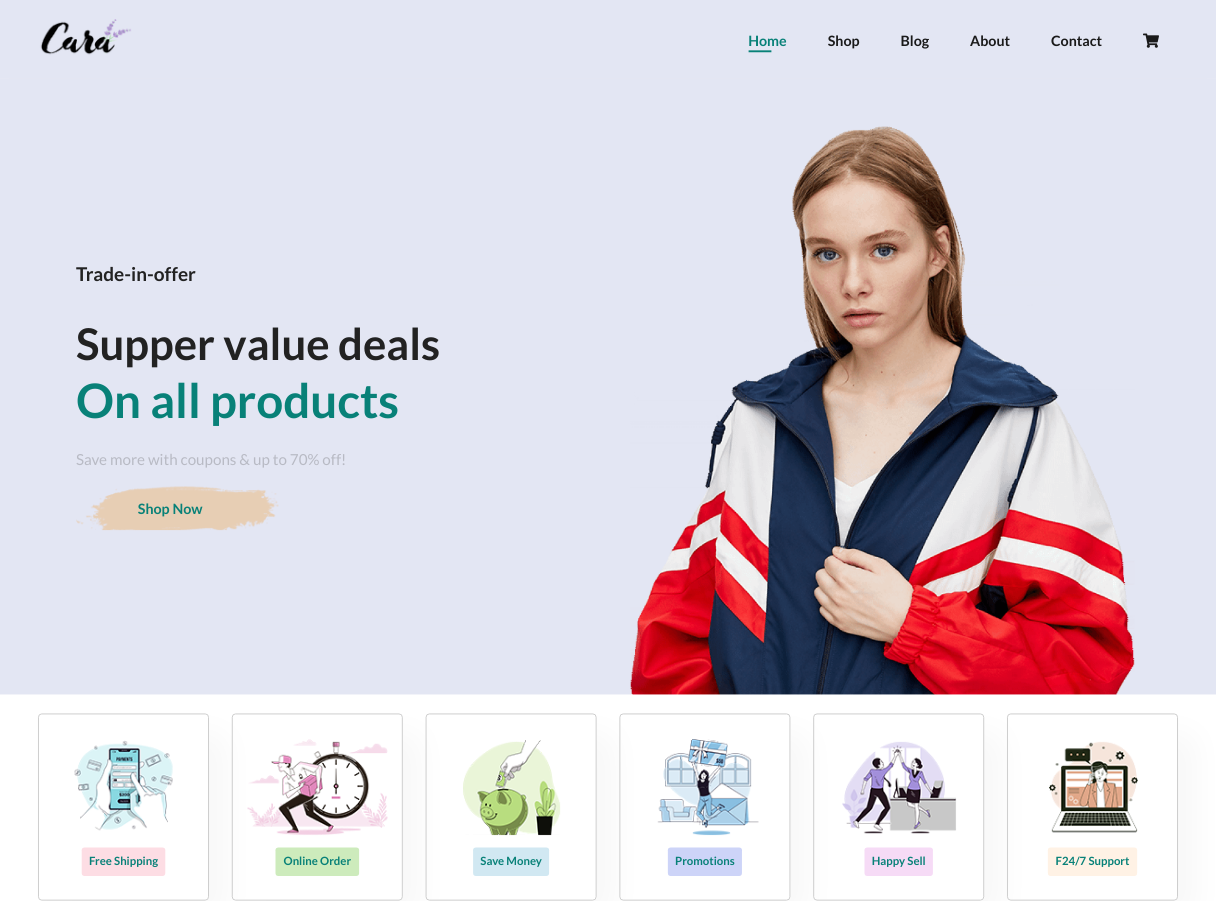
Repository: Nguyenductuan-dev/Website-Clothes
Page: index.html
An editor plug-in stored every save of this project. The page is shown before and after the next save, followed by the edit.
The browser window is 1280 px wide. The pictures show the whole page, at 95% of full size.

Above is the page before, as saved 2022-04-26 00:25:00.

After the next save:
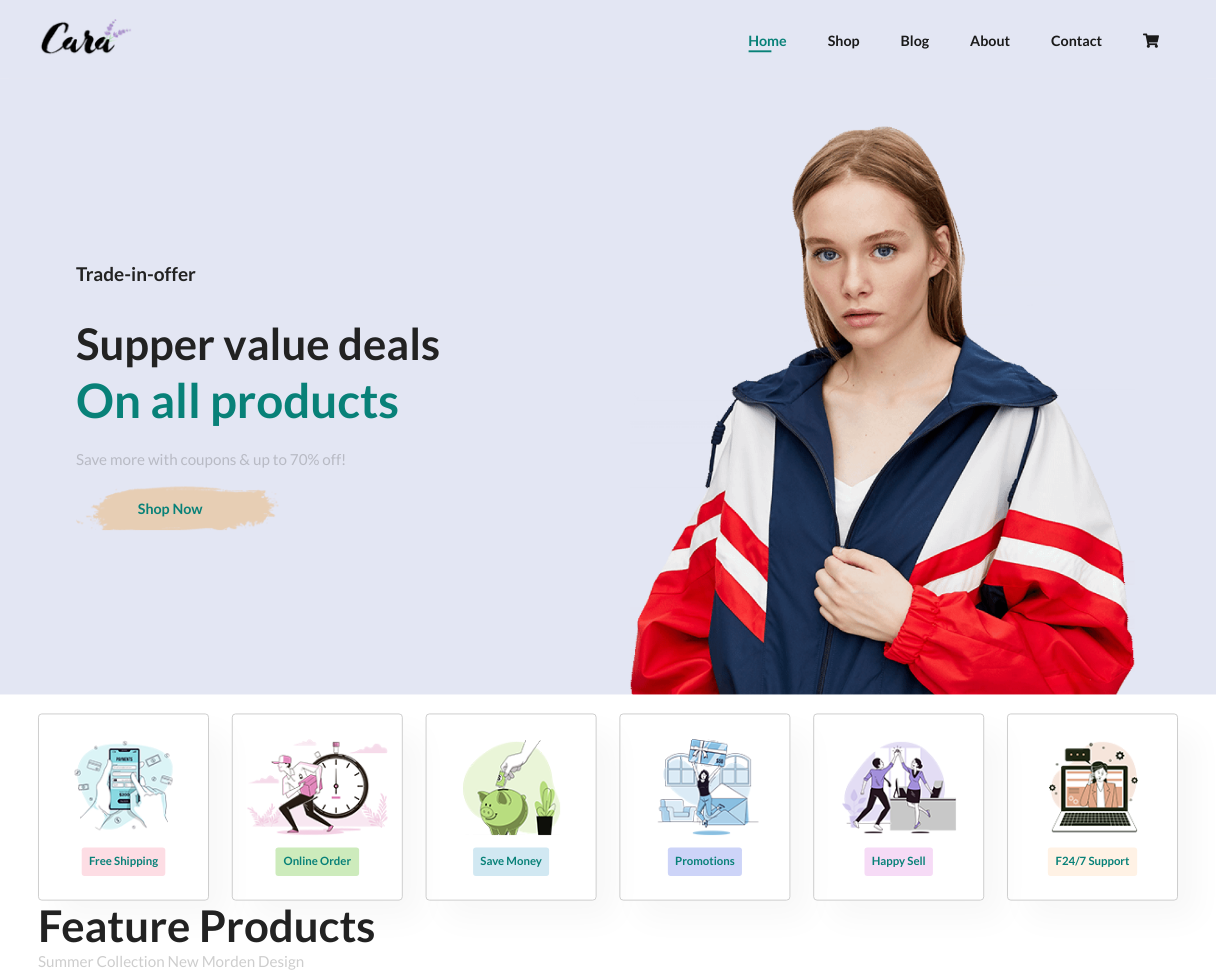
Saved 103 s later.
--- a/index.html
+++ b/index.html
@@ -89,7 +89,10 @@
     </section>
 
     <!-- ======================= PRODUCTS ====================== -->
-    <section class="product1 container" id="product1"></section>
+    <section class="product1 container" id="product1">
+        <h2 class="product1__title">Feature Products</h2>
+        <p class="product1__description">Summer Collection New Morden Design</p>
+    </section>
 
     <!-- <script src="assets/js/main.js"></script> -->
 </body>
